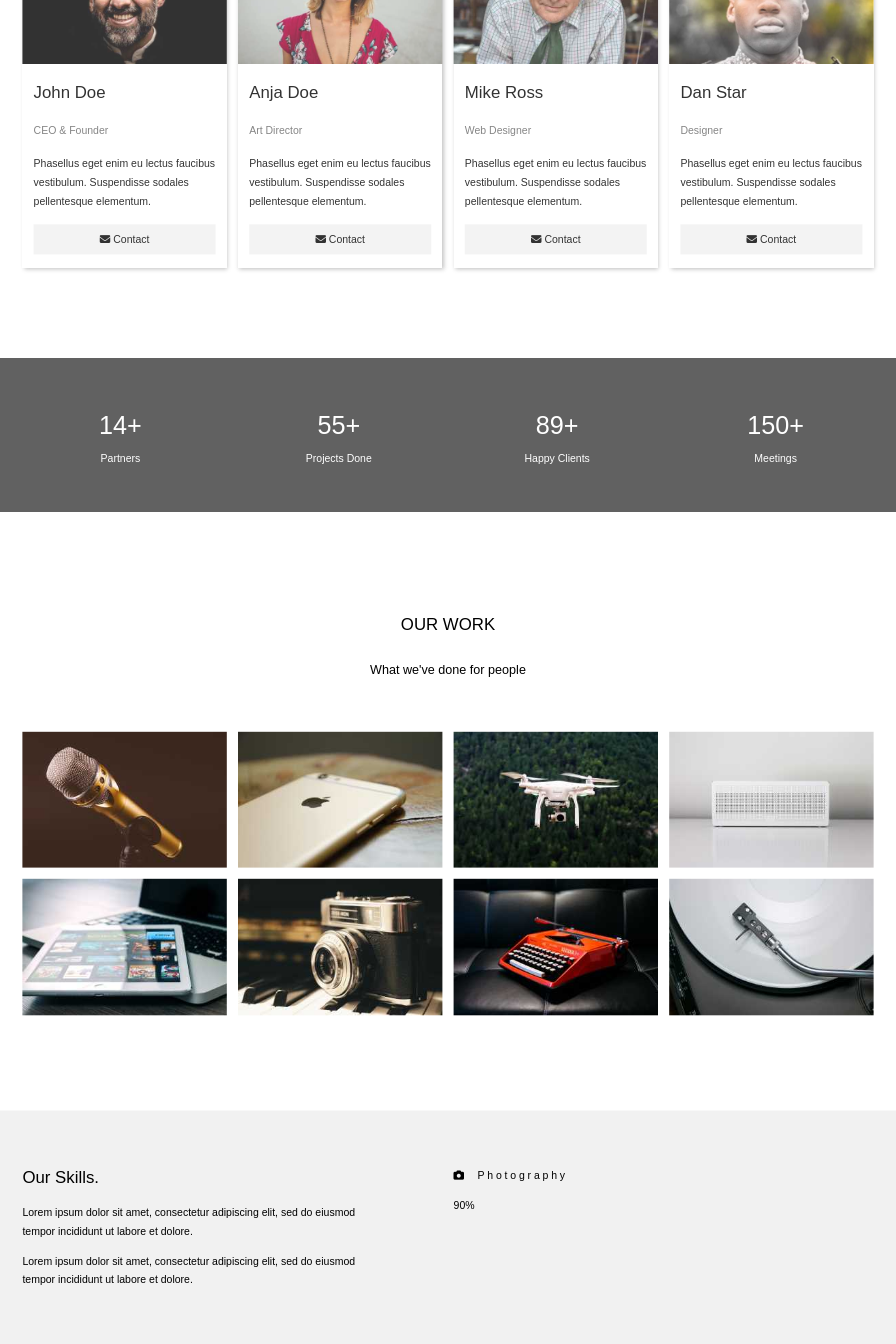
Repository: husterDC/Test
Page: index.html
These files come from the project's save history. The page is drawn as it stood at one moment and after the next save; the edit follows.
The browser window is 1280 px wide. The pictures show the part of the page from y = 2659 to 4579 px (the page is 4579 px tall), at 70% of full size.

Above is the page before, as saved 2022-10-14 09:05:49.

### index.html
<!DOCTYPE html>
<html lang="en">
<head>
    <meta charset="UTF-8">
    <meta http-equiv="X-UA-Compatible" content="IE=edge">
    <meta name="viewport" content="width=device-width, initial-scale=1.0">
    <title>Document</title>
    <link rel="stylesheet" href="./assets/base.css">
    <link rel="stylesheet" href="./assets/style.css">
    <link rel="stylesheet" href="./assets/css/responsive.css">
    <link rel="stylesheet" href="./fonts/themify-icons/themify-icons.css">
    <link rel="stylesheet" href="./assets/fontawesome-free-6.1.1-web/css/all.min.css">
</head>
</head>
<body>
    <div class="header">
        <div class="header_logo">
            <a href="" class="header_logo-link">Logo</a>
        </div>
        <div class="header_nav">
            <ul class="header_nav-menu">
                <li class="header_nav-item">

                    <a href="#container_about" class="header_nav-link">ABOUT</a>
                </li>
                <li class="header_nav-item">
                    <a href="#container_team" class="header_nav-link">
                        <i class="header_nav-icon header-nav_icon fa-solid fa-user-plus"></i>
                        TEAM
                    </a>
                </li>
                <li class="header_nav-item">
                    <a href="#container_work" class="header_nav-link">
                        <i class="header_nav-icon fa-solid fa-grip"></i>
                        WORK
                    </a>
                </li>
                <li class="header_nav-item">
                    <a href="" class="header_nav-link">
                        <i class="header_nav-icon fa-solid fa-dollar-sign"></i>
                        PRICING
                    </a>
                </li>
                <li class="header_nav-item">
                    <a href="" class="header_nav-link">
                        <i class="header_nav-icon fa-solid fa-envelope"></i>
                        CONTACT
                    </a>
                </li>
            </ul>
        </div>
    </div>
    <div class="slider">
        <div class="slider_content">
            <div class="slider_title">Start something that matters</div>
            <div class="slider_dec">Stop wasting valuable time with projects that just isn't you.</div>
            <a href="" class="slider_link">
                <button class="slider_btn">Learn more and start today</button>
            </a>
        </div>
        <div class="slider_social">
            <a href="" class="slider_social-link"><i class="slider_social-icon fa-brands fa-facebook"></i></a>
            <a href="" class="slider_social-link"><i class="slider_social-icon fa-brands fa-instagram"></i></a>
            <a href="" class="slider_social-link"><i class="slider_social-icon fa-brands fa-snapchat"></i></a>
            <a href="" class="slider_social-link"><i class="slider_social-icon fa-brands fa-pinterest-p"></i></a>
            <a href="" class="slider_social-link"><i class="slider_social-icon fa-brands fa-twitter"></i></a>
            <a href="" class="slider_social-link"><i class="slider_social-icon fa-brands fa-linkedin-in"></i></a>
        </div>
    </div>
    <div class="container">
        <div class="container_base" id="container_about">
            <div class="container_about-title">ABOUT THE COMPANY</div>
            <div class="container_about-dec">Key features of our company</div>
            <div class="container_about-member">
                <div class="container_about-item">
                    <i class="container_about-item-icon fa-solid fa-desktop"></i>
                    <div class="container_about-item-name">Responsive</div>
                    <div class="container_about-item-dec">Lorem ipsum dolor sit amet, consectetur adipiscing elit, sed do eiusmod tempor incididunt ut labore et dolore.</div>
                </div>
                <div class="container_about-item">
                    <i class="container_about-item-icon fa-solid fa-heart"></i>
                    <div class="container_about-item-name">Passion</div>
                    <div class="container_about-item-dec">Lorem ipsum dolor sit amet, consectetur adipiscing elit, sed do eiusmod tempor incididunt ut labore et dolore.</div>
                </div>
                <div class="container_about-item">
                    <i class="container_about-item-icon fa-regular fa-gem"></i>
                    <div class="container_about-item-name">Design</div>
                    <div class="container_about-item-dec">Lorem ipsum dolor sit amet, consectetur adipiscing elit, sed do eiusmod tempor incididunt ut labore et dolore.</div>
                </div>
                <div class="container_about-item">
                    <i class="container_about-item-icon fa-solid fa-gear"></i>
                    <div class="container_about-item-name">Support</div>
                    <div class="container_about-item-dec">Lorem ipsum dolor sit amet, consectetur adipiscing elit, sed do eiusmod tempor incididunt ut labore et dolore.</div>
                </div>
            </div>
        </div>
        <div class="container_base container_about-sub">
            <div class="container_about-sub-wrap">
                <div class="container_about-sub-title">We know design.</div>
                <div class="container_about-sub-dec">Lorem ipsum dolor sit amet, consectetur adipiscing elit, sed do eiusmod <br> tempor incididunt ut labore et dolore.</div>
                <a href="" class="container_about-sub-btn">
                    <i class="container_about-sub-icon fa-solid fa-grip"></i>
                    View Our Works
                </a>
            </div>
            <img src="./assets/img/phone_buildings.jpg" alt="" class="container_about-img">
        </div>
        <div class="container_base" id="container_team">
            <div class="container_team-title">THE TEAM</div>
            <div class="container_team-dec">The ones who runs this company</div>
            <div class="container_team-member">
                <div class="container_team-item">
                    <img src="./assets/img/team2.jpg" alt="" class="container_team-item-img">
                    <div class="container_team-item-wrap">
                        <div class="container_team-item-name">John Doe</div>
                        <div class="container_team-item-position">CEO & Founder</div>
                        <div class="container_team-item-dec">Phasellus eget enim eu lectus faucibus vestibulum. Suspendisse sodales pellentesque elementum.</div>
                        <a href="" class="container_team-btn">
                            <i class="header_nav-icon fa-solid fa-envelope"></i>
                            Contact
                        </a>
                    </div>
                </div>
                <div class="container_team-item">
                    <img src="./assets/img/team1.jpg" alt="" class="container_team-item-img">
                    <div class="container_team-item-wrap">
                        <div class="container_team-item-name">Anja Doe</div>
                        <div class="container_team-item-position">Art Director</div>
                        <div class="container_team-item-dec">Phasellus eget enim eu lectus faucibus vestibulum. Suspendisse sodales pellentesque elementum.</div>
                        <a href="" class="container_team-btn">
                            <i class="header_nav-icon fa-solid fa-envelope"></i>
                            Contact
                        </a>
                    </div>
                </div>
                <div class="container_team-item">
                    <img src="./assets/img/team3.jpg" alt="" class="container_team-item-img">
                    <div class="container_team-item-wrap">
                        <div class="container_team-item-name">Mike Ross</div>
                        <div class="container_team-item-position">Web Designer</div>
                        <div class="container_team-item-dec">Phasellus eget enim eu lectus faucibus vestibulum. Suspendisse sodales pellentesque elementum.</div>
                        <a href="" class="container_team-btn">
                            <i class="header_nav-icon fa-solid fa-envelope"></i>
                            Contact
                        </a>
                    </div>
                </div>
                <div class="container_team-item">
                    <img src="./assets/img/team4.jpg" alt="" class="container_team-item-img">
                    <div class="container_team-item-wrap">
                        <div class="container_team-item-name">Dan Star</div>
                        <div class="container_team-item-position">Designer</div>
                        <div class="container_team-item-dec">Phasellus eget enim eu lectus faucibus vestibulum. Suspendisse sodales pellentesque elementum.</div>
                        <a href="" class="container_team-btn">
                            <i class="header_nav-icon fa-solid fa-envelope"></i>
                            Contact
                        </a>
                    </div>
                </div>
            </div>
        </div>
        <div class="container_team-sub">
            <div class="container_team-sub-item">
                <div class="container_team-sub-num">14+</div>
                <div class="container_team-sub-text">Partners</div>
            </div>
            <div class="container_team-sub-item">
                <div class="container_team-sub-num">55+</div>
                <div class="container_team-sub-text">Projects Done</div>
            </div>
            <div class="container_team-sub-item">
                <div class="container_team-sub-num">89+</div>
                <div class="container_team-sub-text">Happy Clients</div>
            </div>
            <div class="container_team-sub-item">
                <div class="container_team-sub-num">150+</div>
                <div class="container_team-sub-text">Meetings</div>
            </div>
        </div>
        <div class="container_base" id="container_work">
            <div class="container_work-title">OUR WORK</div>
            <div class="container_work-dec">What we've done for people</div>
            <div class="container_work-member">
                <div class="container_work-list">
                    <img src="./assets/img/work1.jpg" alt="" class="container_work-item">
                    <img src="./assets/img/work2.jpg" alt="" class="container_work-item">
                    <img src="./assets/img/work3.jpg" alt="" class="container_work-item">
                    <img src="./assets/img/work4.jpg" alt="" class="container_work-item">
                </div>
                <div class="container_work-list">
                    <img src="./assets/img/work5.jpg" alt="" class="container_work-item">
                    <img src="./assets/img/work6.jpg" alt="" class="container_work-item">
                    <img src="./assets/img/work7.jpg" alt="" class="container_work-item">
                    <img src="./assets/img/work8.jpg" alt="" class="container_work-item">
                </div>
            </div>
        </div>
        <div class="container_work-skill">
            <div class="container_work-skill-text">
                <div class="container_work-skill-title">Our Skills.</div>
                <div class="container_work-skill-dec">Lorem ipsum dolor sit amet, consectetur adipiscing elit, sed do eiusmod
                    tempor incididunt ut labore et dolore.
                </div>
                <div class="container_work-skill-dec">Lorem ipsum dolor sit amet, consectetur adipiscing elit, sed do eiusmod
                        tempor incididunt ut labore et dolore.
                </div>
            </div>
            <div class="container_work-skill-chart">
                <i class="container_work-skill-chart-icon fa-solid fa-camera"></i>
                <p class="container_work-skill-chart-name">Photography</p>
                <div class="container_work-skill-chart-bar">
                    90%
                </div>
                </div>
            </div>
        </div>
    </div>
</body>
</html>

### assets/base.css
html {
    font-size: 16px;
    line-height: 1.8;
    font-family: 'Roboto', sans-serif;
    box-sizing: border-box;
}
.container_base {
    padding: 128px 16px;
}

### assets/style.css
* {
    padding: 0;
    margin: 0;
    box-sizing: border-box;
}
html {

    scroll-behavior: smooth;
    font-family: Arial, Helvetica, sans-serif;
}
.white-text {
    color: #fff;
}
.clear {
    clear: both;
}
.header {
    height: 60px;
    width: 100%;
    font-size: 15px;
    background-color: #fff;
    display: flex;
    align-items: center;
    position: fixed;
    box-shadow: 0 2px 6px rgb(180, 180, 180);
    z-index: 2;
}
.header_logo {
    flex: 1;
    font-size: 18px;
    letter-spacing: 4px;
    opacity: 0.6;
}
.header_logo-link {
    position: absolute;
    left: 0;
    top: 50%;
    transform: translateY(-50%);
    padding: 0 16px;
    text-align: center;
    line-height: 60px;

}
.header_nav-menu {
    position: absolute;
    right: 0;
    top: 50%;
    transform: translateY(-50%);
    text-align: center;
}
.header_nav-item {
    line-height: 60px;
    display: inline-block;
    margin: 0;
    padding: 0 16px;
}
.header_logo-link,
.header_nav-link {
    text-decoration: none;
    color: #000;
}
.header_logo-link:hover,
.header_nav-item:hover {
    background-color: #ccc;
    cursor: pointer;
}
.slider {
    position: relative;
    height: 969px;
    background: url('./img/mac.jpg') top center / cover no-repeat;
    color: #fff;
    font-size: 18px;
    padding: 0 48px;
}
.slider_content {
    position: absolute;
    top: 50%;
    transform: translateY(-50%);
}
.slider_title {
    font-size: 64px;
    margin-bottom: 50px;
}
.slider_dec {
    margin: 15px 0;
}
.slider_btn {
    background-color: rgba(256,256,256, 0.6);
    font-size: 18px;
    border: none;
    padding: 20px 24px;
    margin-top: 20px;
}
.slider_btn:hover {
    background-color: #ccc;
}
.slider_social {
    position: absolute;
    bottom: 3%;
}
.slider_social-link {
    color: #757575;
}
.slider_social-link:hover {
    opacity: 0.6;
}
#container_about,
#container_work {
    font-size: 18px;
    text-align: center;
}
.container_about-title,
.container_team-title,
.container_work-title {
    font-size: 24px;
    margin: 10px 0;
}
.container_about-dec,
.container_team-dec,
.container_work-dec {
    margin: 28px 0 18px;
}
.container_about-member {
    display: flex;
    margin-top: 72px;
    padding: 0 8px;
}
.container_about-item-icon {
    font-size: 64px;
    margin-bottom: 16px;
}
.container_about-item-name {
    margin: 18px 0;
}
.container_about-item-dec {
    font-size: 15px;
    margin: 24px 8px 15px;
    line-height: 1.8;
}
.container_about-sub {
    background-color: #f1f1f1;
    display: flex;
    font-size: 15px;
}
.container_about-sub-wrap {
    flex: 1;
    padding: 0 16px;
}
.container_about-img {
    width: 50%;
    height: auto;
    border-radius: 24px;
    padding: 0 16px;
}
.container_about-sub-title {
    font-size: 24px;
    margin: 10px 0;
}
.container_about-sub-dec {
    margin: 15px 0 24px;
}
.container_about-sub-btn {
    background-color: #000;
    color: #fff;
    text-decoration: none;
    padding: 12px 16px;
}
.container_about-sub-btn:hover {
    color: #000;
    background-color: #ccc;
}
#container_team {
    font-size: 15px;
    text-align: center;
}
.container_team-dec {
    font-size: 18px;
}
.container_team-member {
    display: flex;
    margin-top: 64px;
    padding: 0 8px;
    opacity: 0.8;
}
.container_team-item {
    width: 25%;
    margin: 0 8px;
    text-align: left;
    box-shadow: 2px 2px 6px rgb(180, 180, 180);
}
.container_team-item-img {
    width: 100%;
}
.container_team-item-wrap {
    margin: 0 16px;
}
.container_team-item-name {
    font-size: 24px;
    margin: 10px 0;
}
.container_team-item-position {
    margin: 20px 0;
    opacity: 0.6;
}
.container_team-item-dec {
    margin: 16px 0;
}
.container_team-btn {
    display: block;
    width: 100%;
    padding: 8px 0;
    text-align: center;
    color: #000;
    text-decoration: none;
    background-color: #f1f1f1;
    margin: 20px 0;
}
.container_team-btn:hover {
    color: #000;
    background-color: #ccc;
}
.container_team-sub {
    padding: 64px 16px;
    background-color: #616161;
    color: white;
    display: flex;
    justify-content: center;
    text-align: center;
    font-size: 15px;
}
.container_team-sub-item {
    width: 25%;
}
.container_team-sub-num {
    font-size: 36px;
}
.container_work-member {
    width: 100%;
    margin-top: 64px;
}
.container_work-list {
    display: flex;
    padding: 0 8px;
}
.container_work-item {
    width: 25%;
    padding: 8px;
}
.container_work-item:hover {
    opacity: 0.6;
}
.container_work-skill {
    padding: 64px 24px;
    background-color: #f1f1f1;
    display: flex;
    font-size: 15px;
}
.container_work-skill-text {
    padding: 0 8px;
    width: 50%;
}
.container_work-skill-title {
    font-size: 24px;
    margin: 10px 0;
}
.container_work-skill-dec {
    margin: 15px 0;
    width: 80%;
}
.container_work-skill-chart {
    padding: 0 8px;
    width: 50%;
}
.container_work-skill-chart-icon {
    margin: 15px 15px 15px 0;
}
.container_work-skill-chart-name {
    display: inline-block;
    margin: 15px 0;
    letter-spacing: 4px;
}
.container_work-skill-chart-bar1 {
    display: inline-block;
    position: relative;
    background-color: #616161;
    text-align: center;
    width: 90%;
}
.container_work-skill-chart-bar::after {
    display: inline-block;
    background-color: #000;
    width: 10%;
}

Loaded but not shown: fonts/themify-icons/themify-icons.css (common file); assets/fontawesome-free-6.1.1-web/css/all.min.css (library); assets/responsive.css (no copy from this time; the picture is the same without it)

After the next save:
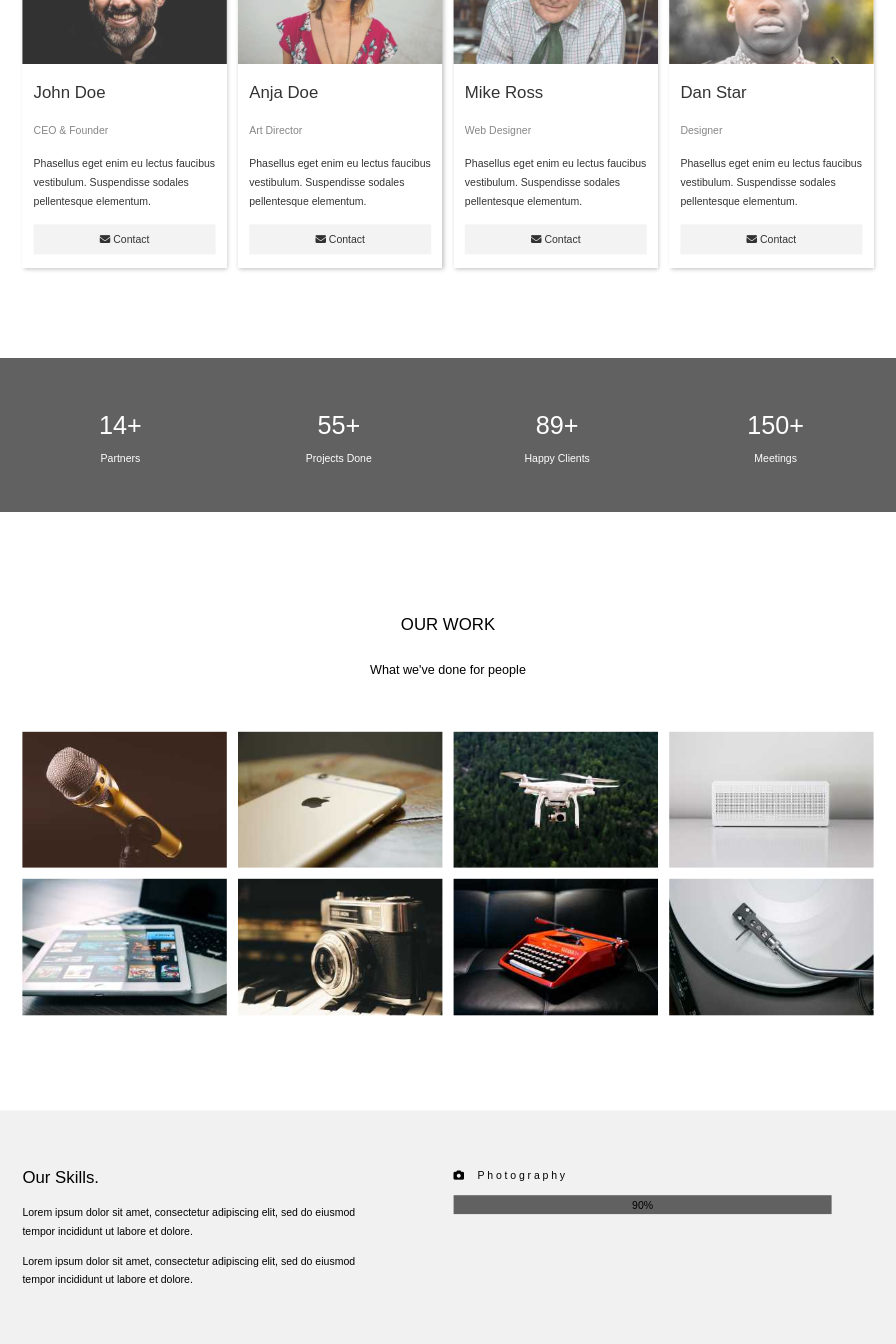
Saved 7 s later.
--- a/assets/style.css
+++ b/assets/style.css
@@ -279,7 +279,7 @@
     margin: 15px 0;
     letter-spacing: 4px;
 }
-.container_work-skill-chart-bar1 {
+.container_work-skill-chart-bar {
     display: inline-block;
     position: relative;
     background-color: #616161;
